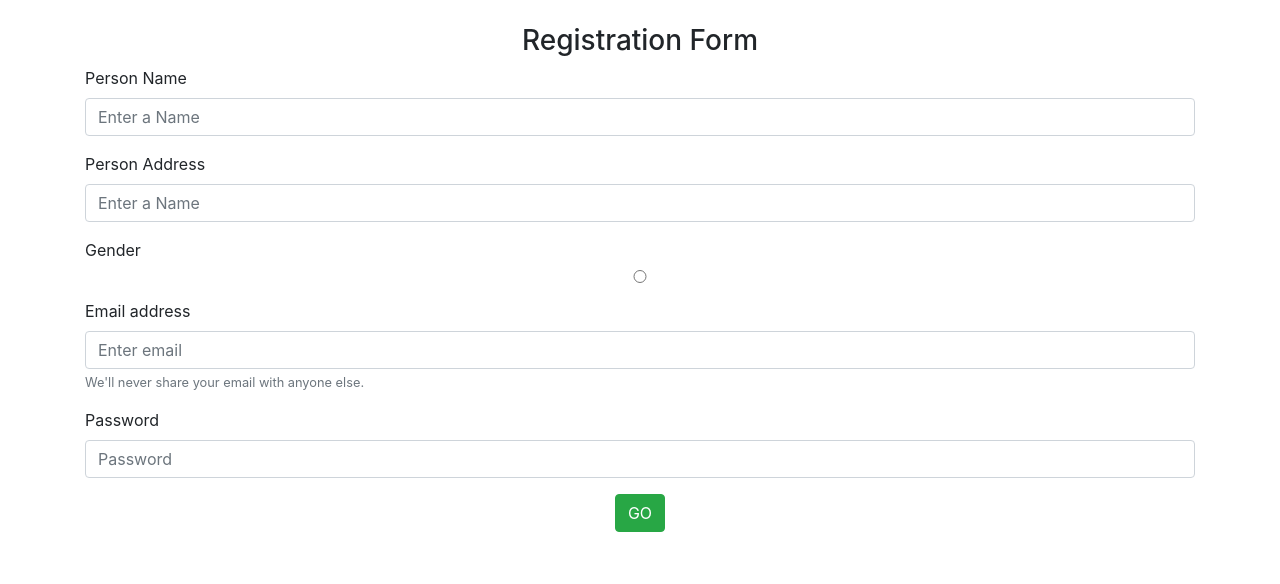
Repository: vijay10091999/Advance-java
Page: http://localhost/SpringMVC/WEB-INF/views/RegisterPage.jsp
These files come from the project's save history. The page is drawn as it stood at one moment and after a run of saves; the edit follows.
The browser window is 1280 px wide. The pictures show the whole page.
Some web libraries are served in a nearby version. The page is served by Tomcat 9. Nobody is signed in. Other server files are loaded and not shown. The template is opened directly, without the code that normally fills it, so the values that code supplies are empty.

Above is the page before, as saved 2022-06-13 08:06:38.

### SpringMVC/src/main/webapp/WEB-INF/views/RegisterPage.jsp
<%@ page language="java" contentType="text/html; charset=ISO-8859-1"
    pageEncoding="ISO-8859-1"%>
<!doctype html>
<html lang="en">
  <head>
    <!-- Required meta tags -->
    <meta charset="utf-8">
    <meta name="viewport" content="width=device-width, initial-scale=1, shrink-to-fit=no">

    <!-- Bootstrap CSS -->
    <link rel="stylesheet" href="https://cdn.jsdelivr.net/npm/bootstrap@4.0.0/dist/css/bootstrap.min.css" integrity="sha384-Gn5384xqQ1aoWXA+058RXPxPg6fy4IWvTNh0E263XmFcJlSAwiGgFAW/dAiS6JXm" crossorigin="anonymous">

    <title>Page</title>
  </head>
  <body>
   <div class="container mt-4">

   <h3 class="text-center">Registration Form </h3>
    <form action="process2" method="post">
    <div class="form-group">
    <label for="exampleInputName">Person Name </label>
    <input type="text" class="form-control" id="name" placeholder="Enter a Name" name="name">
  </div>
   <div class="form-group">
    <label for="exampleInputName">Person Address </label>
    <input type="text" class="form-control" id="address" placeholder="Enter a Name" name="address">
  </div>
   <div class="form-group">
    <label for="exampleInputName">Gender </label>
    <input type="radio" class="form-control" id="gender" placeholder="Enter a Name" name="gender">
  </div>
  <div class="form-group">
    <label for="exampleInputEmail1">Email address</label>
    <input type="email" class="form-control" id="email" aria-describedby="emailHelp" placeholder="Enter email" name ="email">
    <small id="emailHelp" class="form-text text-muted">We'll never share your email with anyone else.</small>
  </div>
  <div class="form-group">
    <label for="exampleInputPassword1">Password</label>
    <input type="password" class="form-control" id="password" placeholder="Password" name="password">
  </div>
  <div class="container text-center">
    <button type="submit" class="btn btn-success">GO </button>
  </div>
</form>

   </div>



    <!-- Optional JavaScript -->
    <!-- jQuery first, then Popper.js, then Bootstrap JS -->
    <script src="https://code.jquery.com/jquery-3.2.1.slim.min.js" integrity="sha384-KJ3o2DKtIkvYIK3UENzmM7KCkRr/rE9/Qpg6aAZGJwFDMVNA/GpGFF93hXpG5KkN" crossorigin="anonymous"></script>
    <script src="https://cdn.jsdelivr.net/npm/popper.js@1.12.9/dist/umd/popper.min.js" integrity="sha384-ApNbgh9B+Y1QKtv3Rn7W3mgPxhU9K/ScQsAP7hUibX39j7fakFPskvXusvfa0b4Q" crossorigin="anonymous"></script>
    <script src="https://cdn.jsdelivr.net/npm/bootstrap@4.0.0/dist/js/bootstrap.min.js" integrity="sha384-JZR6Spejh4U02d8jOt6vLEHfe/JQGiRRSQQxSfFWpi1MquVdAyjUar5+76PVCmYl" crossorigin="anonymous"></script>
  </body>
</html>

After the next 2 saves:
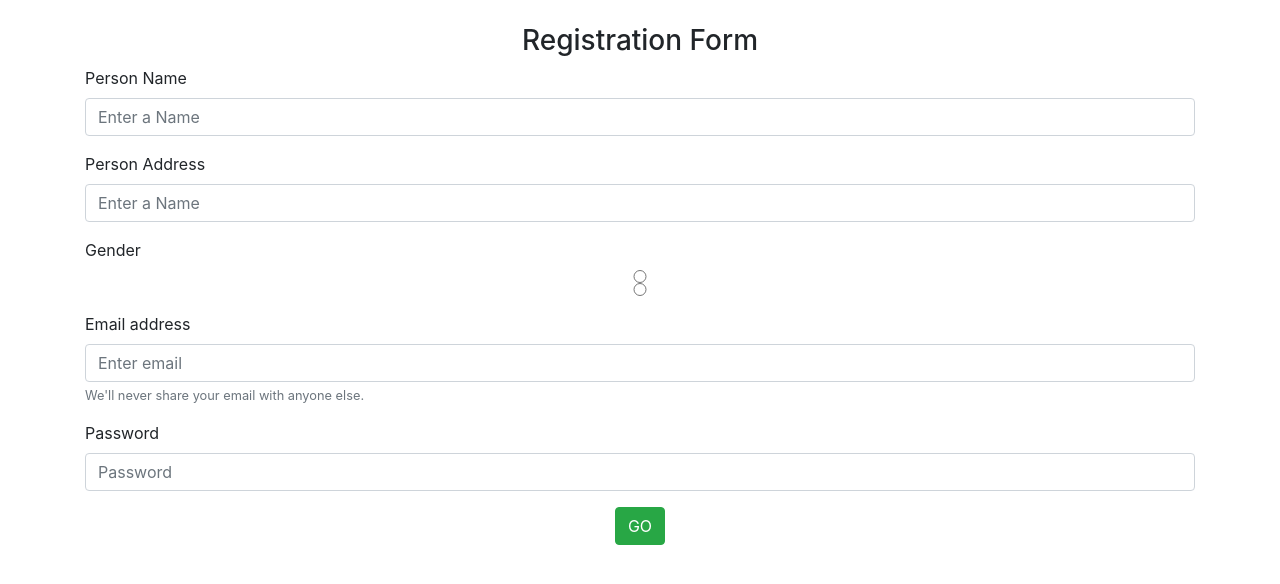
The 2 saves are shown as one change because they came seconds apart.
The last was saved 73 s later.
--- a/SpringMVC/src/main/webapp/WEB-INF/views/RegisterPage.jsp
+++ b/SpringMVC/src/main/webapp/WEB-INF/views/RegisterPage.jsp
@@ -27,7 +27,8 @@
   </div>
    <div class="form-group">
     <label for="exampleInputName">Gender </label>
-    <input type="radio" class="form-control" id="gender" placeholder="Enter a Name" name="gender">
+    <input type="radio" class="form-control" id="gender" value="Male" name="gender">
+    <input type="radio" class="form-control" id="gender" value="Female" name="gender">
   </div>
   <div class="form-group">
     <label for="exampleInputEmail1">Email address</label>
